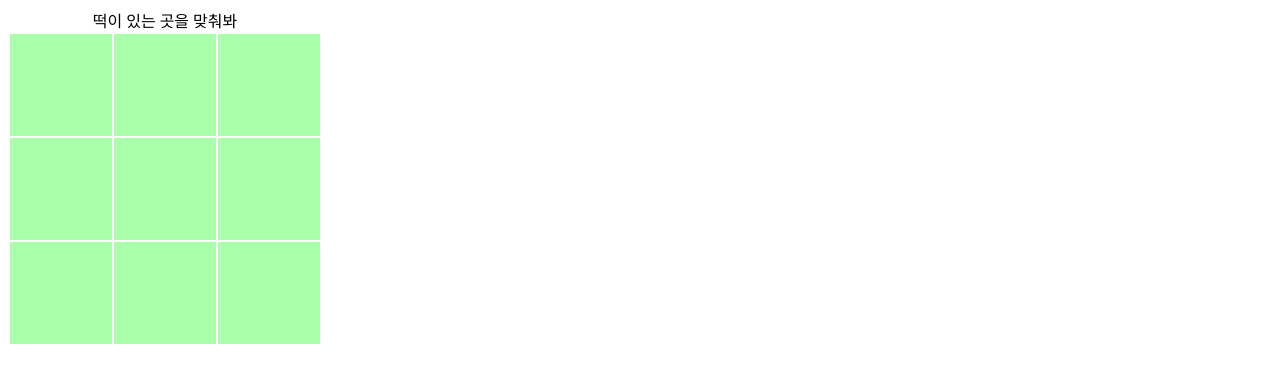
Repository: YERIN0531/SEOYERIN_WEBPRO
Page: gitSource/07_jQuery/jq01/WebContent/dduck.html
An editor plug-in stored every save of this project. The page is shown before and after the next save, followed by the edit.
The browser window is 1280 px wide. The pictures show the whole page.

Above is the page before, as saved 2022-06-21 07:07:41.

### gitSource/07_jQuery/jq01/WebContent/dduck.html
<!DOCTYPE html>
<html>
<head>
<meta charset="UTF-8">
<title>Insert title here</title>
<style>
table td{width:100px; height:100px; background-color: #AAFFAA;}
	.tdRed{background-color: red;}
img{width:100px; height: 100px; background-size:100%}
</style>
<script src="https://code.jquery.com/jquery-3.6.0.min.js"></script>
<script>
 $(document).ready(function(){
	 var ddukIdx = parseInt(Math.random()*9);

	 $('td').each(function(idx, item){
		 $(this).click(function(){// 이렇게 하면 0번째 따로, 1번째 따로함수를 걸거라는 뜻
			 $('td').removeClass('tdRed');
			 if(idx==ddukIdx){
				$(this).css('background-image',"url('img/dduk.jpg')");
			}else{
				$(this).addClass('tdRed');
			}


		 });
	 });




 });
 </script>
</head>
<body>
<table>
	<caption>떡이 있는 곳을 맞춰봐</caption>
	<tr><td></td><td></td><td></td></tr>
	<tr><td></td><td></td><td></td></tr>
	<tr><td></td><td></td><td></td></tr>


	</table>
</body>
</html>

After the next save:
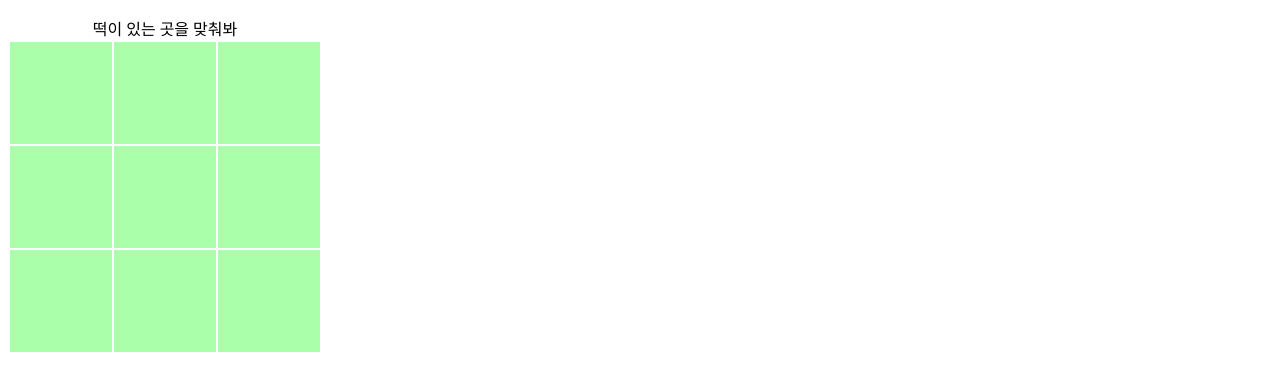
Saved 68 s later.
--- a/gitSource/07_jQuery/jq01/WebContent/dduck.html
+++ b/gitSource/07_jQuery/jq01/WebContent/dduck.html
@@ -18,8 +18,10 @@
 			 $('td').removeClass('tdRed');
 			 if(idx==ddukIdx){
 				$(this).css('background-image',"url('img/dduk.jpg')");
+				$('p').html('축하축하 맞췄어요');
 			}else{
 				$(this).addClass('tdRed');
+				$('p').html('거기가 아니에요');
 			}
 
 
@@ -38,7 +40,7 @@
 	<tr><td></td><td></td><td></td></tr>
 	<tr><td></td><td></td><td></td></tr>
 	<tr><td></td><td></td><td></td></tr>
-
+	<p></p>
 
 	</table>
 </body>

After the save that followed:
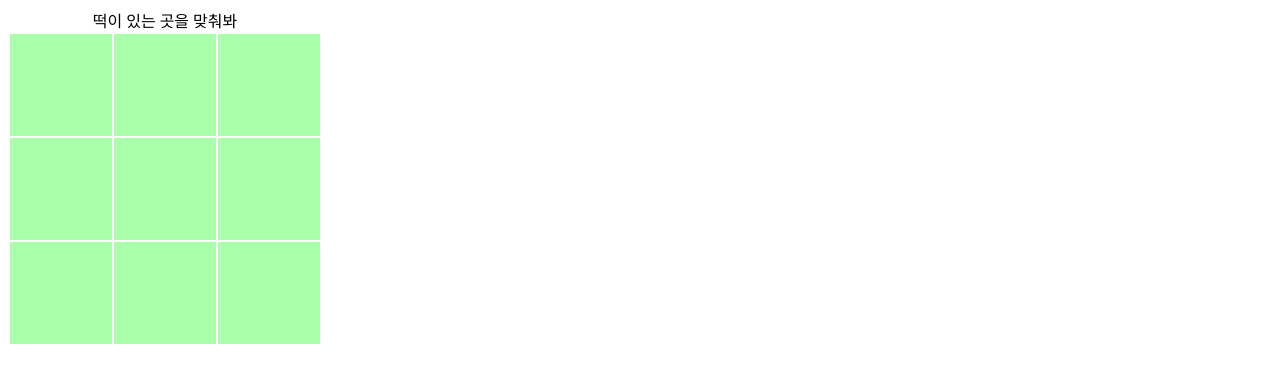
Saved 14 s later.
--- a/gitSource/07_jQuery/jq01/WebContent/dduck.html
+++ b/gitSource/07_jQuery/jq01/WebContent/dduck.html
@@ -40,8 +40,7 @@
 	<tr><td></td><td></td><td></td></tr>
 	<tr><td></td><td></td><td></td></tr>
 	<tr><td></td><td></td><td></td></tr>
+	</table>
 	<p></p>
-
-	</table>
 </body>
 </html>
